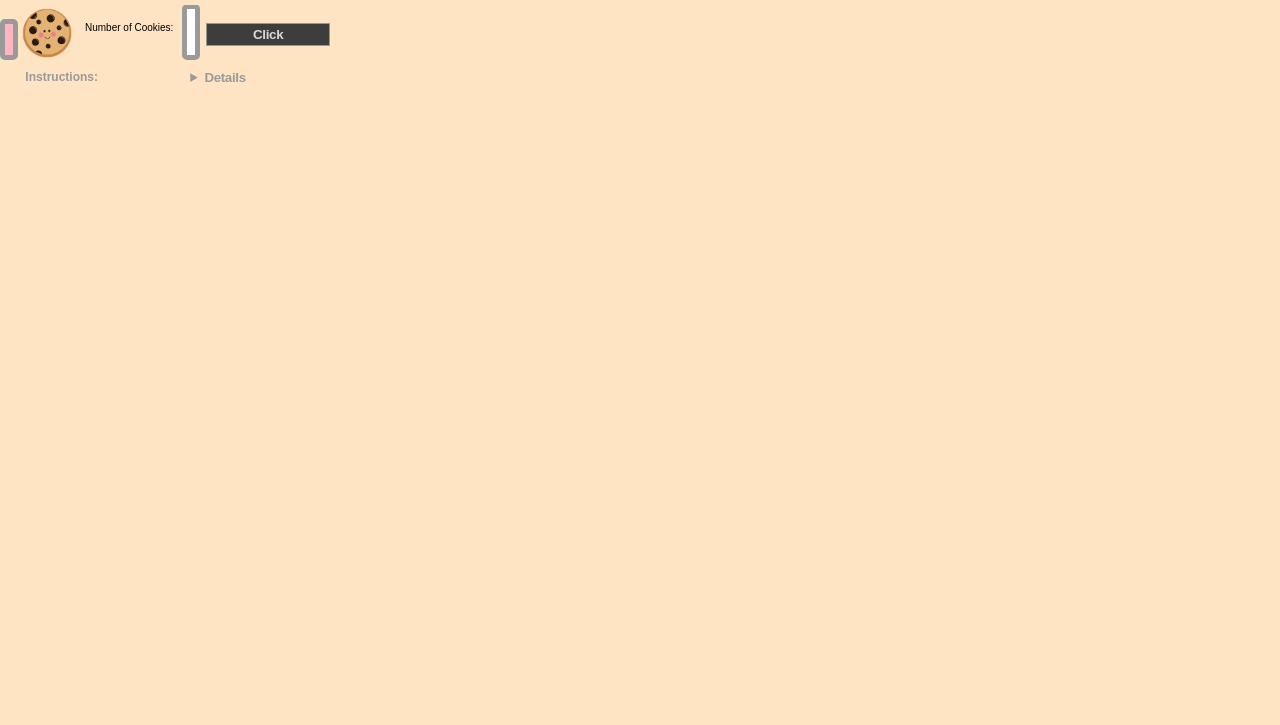
Repository: f00d4tehg0dz/elgato-streamdeck-cookie-clicker
Page: com.f00d4tehg0dz.cookieclicker.sdPlugin/cookieclicker.html
The author's editor kept a copy of each file at every save. The page is drawn from the files as they stood at one save, then again after the next save.
The browser window is 1280 px wide. The pictures show the whole page.

Above is the page before, as saved 2022-01-28 12:04:23.

### com.f00d4tehg0dz.cookieclicker.sdPlugin/cookieclicker.html
<!DOCTYPE html>
<html>

<head>
    <meta charset="utf-8"/>
    <title>com.f00d4tehg0dz.cookieclicker</title>
    <link rel="stylesheet" href="css/sdpi.css">
    <link rel="stylesheet" href="css/styles.css">
    <script src="js/jquery-3.3.1.js"></script>
    <script src="js/common.js"></script>

</head>

<body>
<div class="sdpi-wrapper">
    <div class="sdpi-item">
        <div id="cookieTitle"></div>
        <div id="cookie" onclick="cookieClick()">
            <img src="icon-animate.gif" width="50px"/>
        </div>
    </br>
        <p>Number of Cookies:</p>
        <div id="cookieNumbers"></div>
        <button class="sdpi-item-value" id="updateButton">Click</button>
    </div>
    <div class="sdpi-item">
        <div class="sdpi-item-label">Instructions</div>
        <details class="sdpi-item-value">
            <p>Click the cookie to make more cookies<br>
            Cookie Title upgrades as you reach cookie clicker milestones <br></p>
            <p>You can learn more about this plugin by visiting its Github
                page by <a
                        href="#"
                        onclick="openGithub()">clicking here.</a>
        </details>
    </div>
</div>

<script>
    let uuid = "",
        actionName = "";

    if ($SD) {
        $SD.on('connected', function (jsonObj) {
            uuid = jsonObj['uuid'];
            if (jsonObj.hasOwnProperty('actionInfo')) {
                actionName = jsonObj.actionInfo.action;
            }
            let settings = $SD.actionInfo.payload.settings;
        });
    }

    $(document).ready(function () {

        $("#updateButton").click(function () {
            // Sending the saved settings to the plugin from property inspector.

            if ($SD && $SD.connection) {
                let payload = {};
                payload.updateClick = updateClick;

                $SD.api.sendToPlugin(uuid, actionName, payload);
            }
        });
        function openGithub() {
            $SD.api.openUrl($SD.actionInfo.context, "https://github.com/f00d4tehg0dz/Doge-Coin-Plugin-for-Eglato-Streamdeck")
    }
    });

</script>

</body>

</html>

### com.f00d4tehg0dz.cookieclicker.sdPlugin/css/styles.css
body {
  padding-top: 5px;
  font-family: Arial;
  background-color: bisque;
  margin: auto;
  text-align: center;
}

p {
  font-size: 10px;
  color: black;
  display: block;
  margin: 5px;
}

#cookieNumbers {
  margin: auto;
  text-align:center;
  padding-top: 20px;
  margin-bottom: 5px;
  font-size: 10px;
  border:5px solid;
  border-radius:5px;
  background-color:white;
  height:25px;
}

#cookieTitle {
  margin: auto;
  text-align:center;
  padding-top: 5px;
  margin-bottom: 5px;
  font-size: 10px;
  border:5px solid;
  border-radius:5px;
  background-color:lightpink;
  height:25px;
}

Loaded but not shown: com.f00d4tehg0dz.cookieclicker.sdPlugin/js/jquery-3.3.1.js (library); com.f00d4tehg0dz.cookieclicker.sdPlugin/js/common.js (1200 lines, source omitted); com.f00d4tehg0dz.cookieclicker.sdPlugin/css/sdpi.css (1482 lines, source omitted)

After the next save:
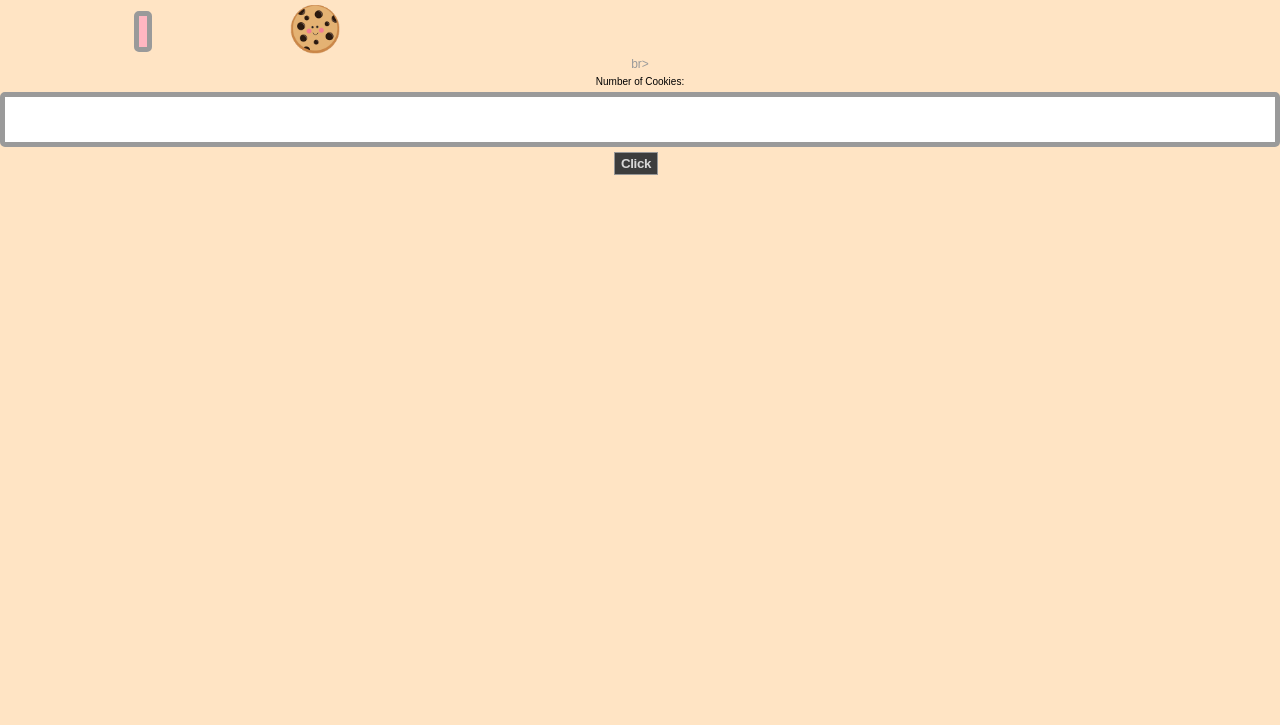
Saved 11 s later.
--- a/com.f00d4tehg0dz.cookieclicker.sdPlugin/cookieclicker.html
+++ b/com.f00d4tehg0dz.cookieclicker.sdPlugin/cookieclicker.html
@@ -18,7 +18,7 @@
         <div id="cookie" onclick="cookieClick()">
             <img src="icon-animate.gif" width="50px"/>
         </div>
-    </br>
+    <br></div>br>
         <p>Number of Cookies:</p>
         <div id="cookieNumbers"></div>
         <button class="sdpi-item-value" id="updateButton">Click</button>

After the save that followed:
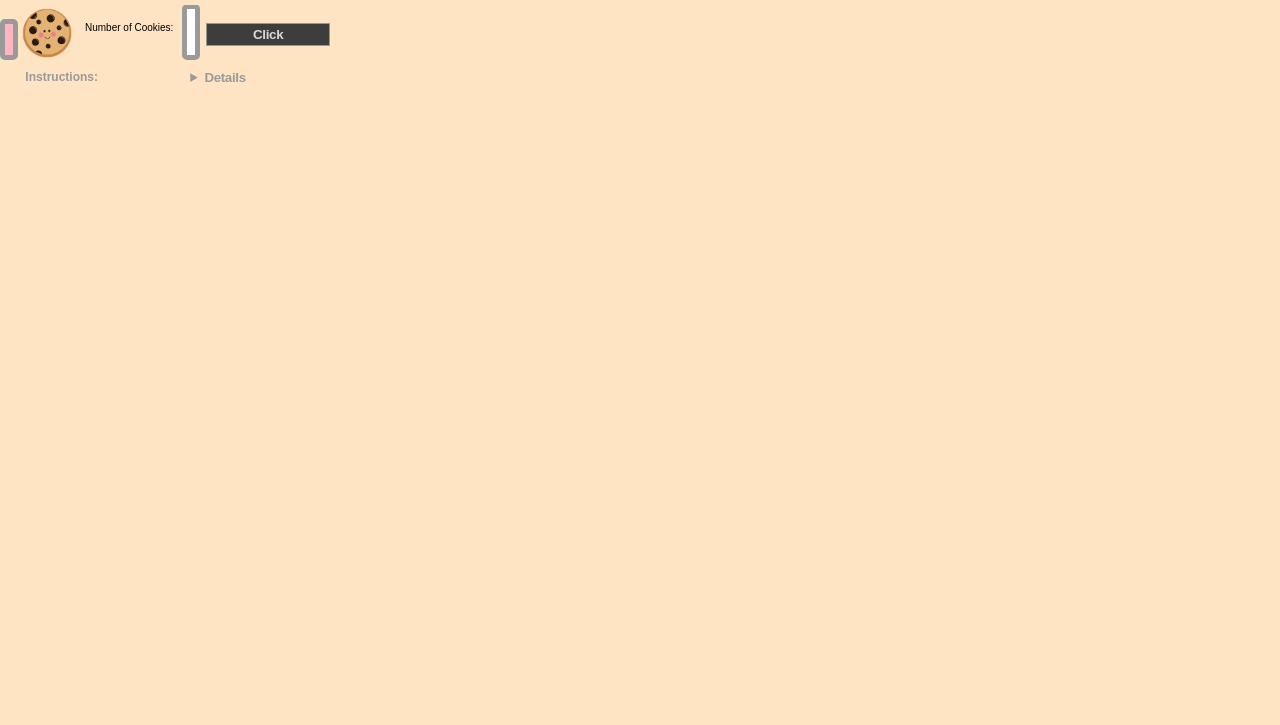
Saved 4 s later.
--- a/com.f00d4tehg0dz.cookieclicker.sdPlugin/cookieclicker.html
+++ b/com.f00d4tehg0dz.cookieclicker.sdPlugin/cookieclicker.html
@@ -18,7 +18,7 @@
         <div id="cookie" onclick="cookieClick()">
             <img src="icon-animate.gif" width="50px"/>
         </div>
-    <br></div>br>
+    <br></br>
         <p>Number of Cookies:</p>
         <div id="cookieNumbers"></div>
         <button class="sdpi-item-value" id="updateButton">Click</button>
